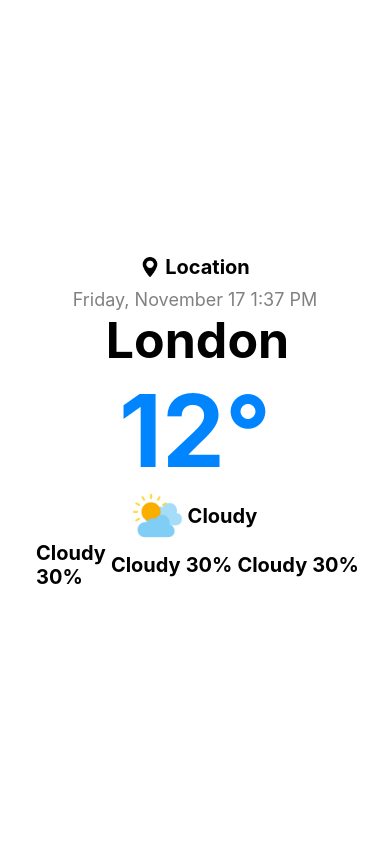
Repository: praveen080/react-native-weatherAppV1
Screen: /
An editor plug-in stored every save of this project. The screen is shown before and after the next save, followed by the edit.
The app was drawn by React Native's web renderer in a window 390 px wide. The project was rebuilt for these pictures with package versions that can differ from the ones it lists, and the page was loaded fresh each time. Also part of the build but not shown: Screens/startUp.js.

Above is the screen before, as saved 2023-11-17 13:50:11.

### App.js
import { StatusBar } from "expo-status-bar";
import { StyleSheet, Text, View } from "react-native";
import StartPage from "./Screens/startUp";
import Home from "./Screens/Home";

export default function App() {
  return (
    <View style={styles.container}>
      {/* <StartPage /> */}
      <Home />
    </View>
  );
}

const styles = StyleSheet.create({
  container: {
    flex: 1,
    backgroundColor: "#ff f",
    alignItems: "center",
    justifyContent: "center",
  },
});

### Screens/Home.js
import React from "react";
import { View, Text, Image, TouchableOpacity, StyleSheet } from "react-native";

const Home = () => {
  const currentDate = new Date();

  // Format the date and time
  const formattedDate = currentDate.toLocaleDateString("en-US", {
    weekday: "long",
    day: "numeric",
    month: "long",
  });

  const formattedTime = currentDate.toLocaleTimeString("en-US", {
    hour: "numeric",
    minute: "numeric",
    hour12: true,
  });
  return (
    <View style={styles.container}>
      {/* Location Text with Icon */}
      <TouchableOpacity style={styles.locationContainer}>
        <Image source={require("./assets/location.png")} style={styles.icon} />
        <Text style={styles.locationText}>Location</Text>
      </TouchableOpacity>

      {/* Current Time and Date */}
      <Text style={styles.dateTimeText}>
        {formattedDate} {formattedTime}
      </Text>
      <Text style={styles.location}>London</Text>

      {/* Numbers */}
      <View style={styles.numbersContainer}>
        <Text style={styles.number}>12°</Text>
      </View>

      <View style={styles.locationContainer}>
        <Image
          source={require("./assets/cloudy-day.png")}
          style={styles.iconS}
        />
        <Text style={styles.locationText}>Cloudy</Text>
      </View>
      <View style={styles.locationContainer}>
        <View >
          <Text style={styles.locationText}>Cloudy</Text>
          <Text style={styles.locationText}>30%</Text>
        </View>
        <View style={styles.locationContainer}>
          <Text style={styles.locationText}>Cloudy</Text>
          <Text style={styles.locationText}>30%</Text>
        </View>
        <View style={styles.locationContainer}>
          <Text style={styles.locationText}>Cloudy</Text>
          <Text style={styles.locationText}>30%</Text>
        </View>
      </View>
    </View>
  );
};

export default Home;

export const styles = StyleSheet.create({
  container: {
    flex: 1,
    alignItems: "center",
    justifyContent: "center",
  },
  locationContainer: {
    flexDirection: "row",
    alignItems: "center",
  },
  locationText: {
    fontSize: 20,
    marginLeft: 5,
    fontWeight: "bold",
  },
  location: {
    fontSize: 50,
    marginLeft: 5,
    fontWeight: "bold",
  },
  icon: {
    width: 20,
    height: 20,
  },
  iconS: {
    width: 50,
    height: 50,
  },
  dateTimeText: {
    fontSize: 18,
    marginTop: 10,
    color: "grey",
  },
  numbersContainer: {
    flexDirection: "row",
    alignItems: "center",
    // marginTop: 20,
  },
  number: {
    fontSize: 100,
    // marginRight: 10,
    fontWeight: "bold",
    color: "#0085FE",
  },
  logo: {
    width: 100,
    height: 100,
    marginTop: 20,
  },
  card: {
    width: 350,
    height: 100,
    borderRadius: 10,
    backgroundColor: "lightblue",
    marginTop: 20,
  },
});

// // Weather.js

// import React, { useState } from "react";
// import { View, Text, TextInput, Button, StyleSheet } from "react-native";
// import axios from "axios";

// const Home = () => {
//   const [city, setCity] = useState("");
//   const [weatherData, setWeatherData] = useState(null);
//   const [error, setError] = useState("");

//   const apiKey = "2891236865fb81dd11cf0be56216e1cb";

//   const fetchWeatherData = async () => {
//     try {
//       const response = await axios.get(
//         `https://api.openweathermap.org/data/2.5/weather?q=${city}&appid=${apiKey}&units=metric`
//       );
//       setWeatherData(response.data);
//       setError("");
//     } catch (error) {
//       setWeatherData(null);
//       setError("City not found. Please try again.");
//     }
//   };

//   return (
//     <View style={styles.container}>
//       <Text style={styles.title}>Weather App</Text>
//       <TextInput
//         style={styles.input}
//         placeholder="Enter city"
//         value={city}
//         onChangeText={(text) => setCity(text)}
//       />
//       <Button title="Get Weather" onPress={fetchWeatherData} />
//       {weatherData && (
//         <View>
//           <Text>{`City: ${weatherData.name}`}</Text>
//           <Text>{`Temperature: ${weatherData.main.temp}°C`}</Text>
//           {/* Add more weather details as needed */}
//         </View>
//       )}
//       {error !== "" && <Text style={styles.error}>{error}</Text>}
//     </View>
//   );
// };

// const styles = StyleSheet.create({
//   container: {
//     flex: 1,
//     justifyContent: "center",
//     alignItems: "center",
//   },
//   title: {
//     fontSize: 20,
//     fontWeight: "bold",
//     marginBottom: 10,
//   },
//   input: {
//     height: 40,
//     borderColor: "gray",
//     borderWidth: 1,
//     marginBottom: 10,
//     padding: 10,
//     width: 200,
//   },
//   error: {
//     color: "red",
//     marginTop: 10,
//   },
// });

// export default Home;

After the next save:
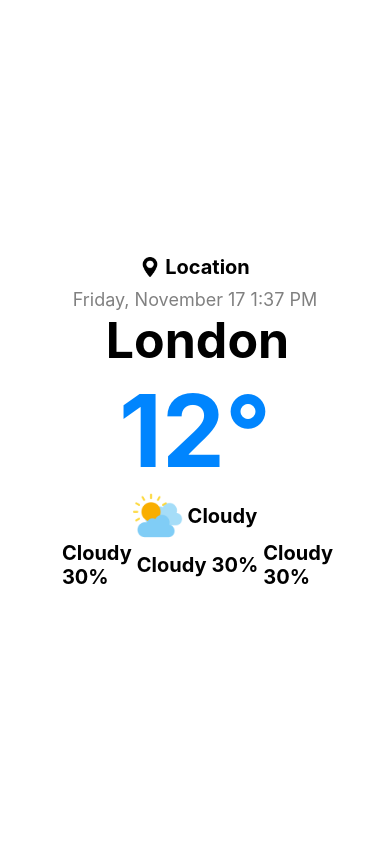
Saved 5 s later.
--- a/Screens/Home.js
+++ b/Screens/Home.js
@@ -51,7 +51,7 @@ const Home = () => {
           <Text style={styles.locationText}>Cloudy</Text>
           <Text style={styles.locationText}>30%</Text>
         </View>
-        <View style={styles.locationContainer}>
+        <View >
           <Text style={styles.locationText}>Cloudy</Text>
           <Text style={styles.locationText}>30%</Text>
         </View>
